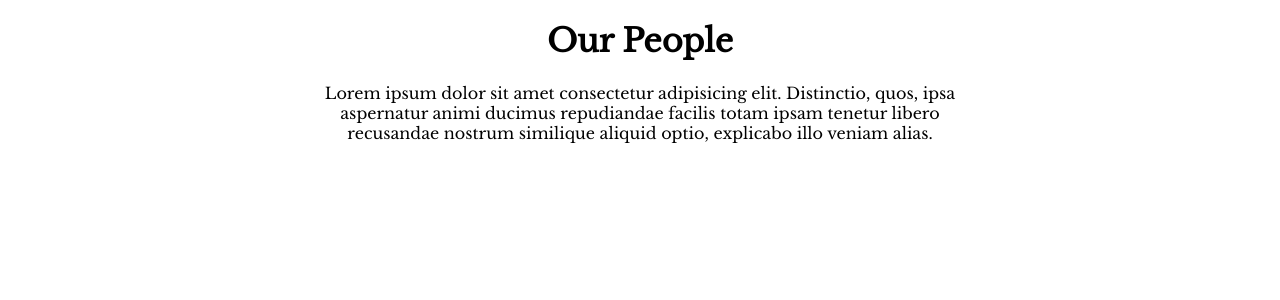
Repository: Tsardines/app
Page: / (app in my-app/)
These files come from the project's save history. The page is drawn as it stood at one moment and after the next save; the edit follows.
The browser window is 1280 px wide. The pictures show the whole page.
The page's requests for data from a server got no answer. The project was rebuilt for these pictures with package versions that can differ from the ones it lists, and the page was loaded fresh each time. No one was signed in, and anything a server would have sent is missing.

Above is the page before, as saved 2018-11-14 16:46:12.

After the next save:
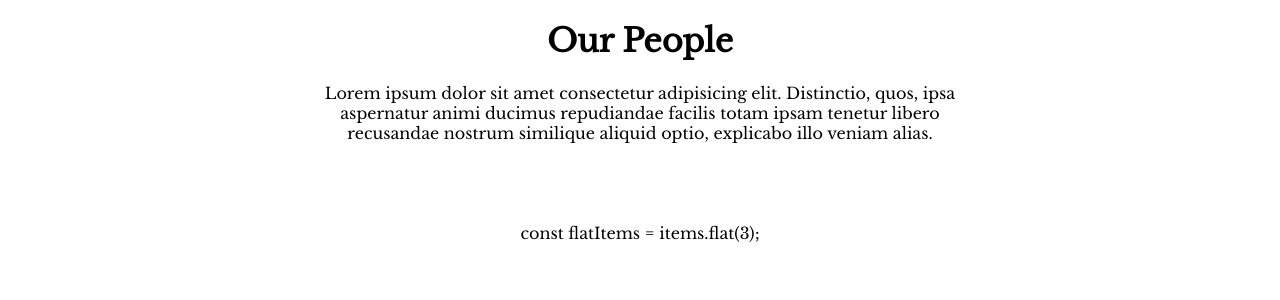
Saved 29 s later.
--- a/my-app/src/App.js
+++ b/my-app/src/App.js
@@ -27,7 +27,6 @@
 
     const { items } = this.state;
 
-    const flatItems = items.flat(3);
 
     return (
       <div className="App">
@@ -35,6 +34,7 @@
       <h1>Our People</h1>
       <span className="intro"><p>Lorem ipsum dolor sit amet consectetur adipisicing elit. Distinctio, quos, ipsa aspernatur animi ducimus repudiandae facilis totam ipsam tenetur libero recusandae nostrum similique aliquid optio, explicabo illo veniam alias.</p></span>
 
+      const flatItems = items.flat(3);
         { items.map((item, num) => {
             return (
               <div className="people">

After the 5 saves that followed:
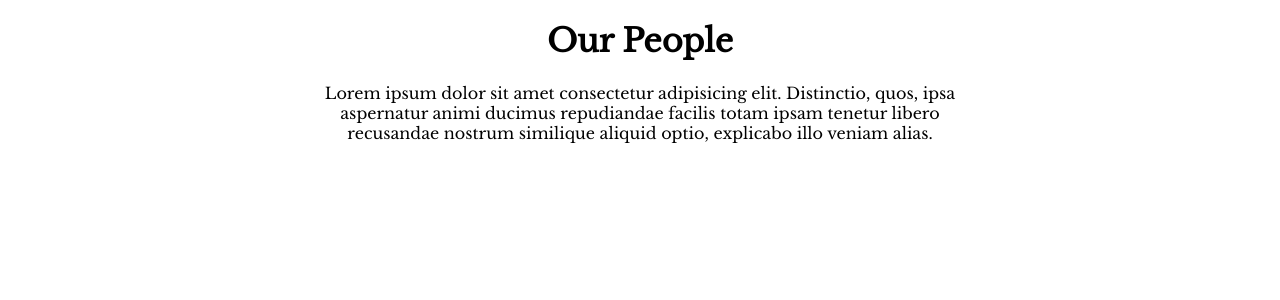
The 5 saves are shown as one change because 2 did not build or start and 1 left the picture as it was and some came seconds apart.
The last was saved 85 s later.
--- a/my-app/src/App.js
+++ b/my-app/src/App.js
@@ -27,6 +27,7 @@
 
     const { items } = this.state;
 
+    const flatItems = items.flat(4);
 
     return (
       <div className="App">
@@ -34,7 +35,7 @@
       <h1>Our People</h1>
       <span className="intro"><p>Lorem ipsum dolor sit amet consectetur adipisicing elit. Distinctio, quos, ipsa aspernatur animi ducimus repudiandae facilis totam ipsam tenetur libero recusandae nostrum similique aliquid optio, explicabo illo veniam alias.</p></span>
 
-      const flatItems = items.flat(3);
+
         { items.map((item, num) => {
             return (
               <div className="people">
